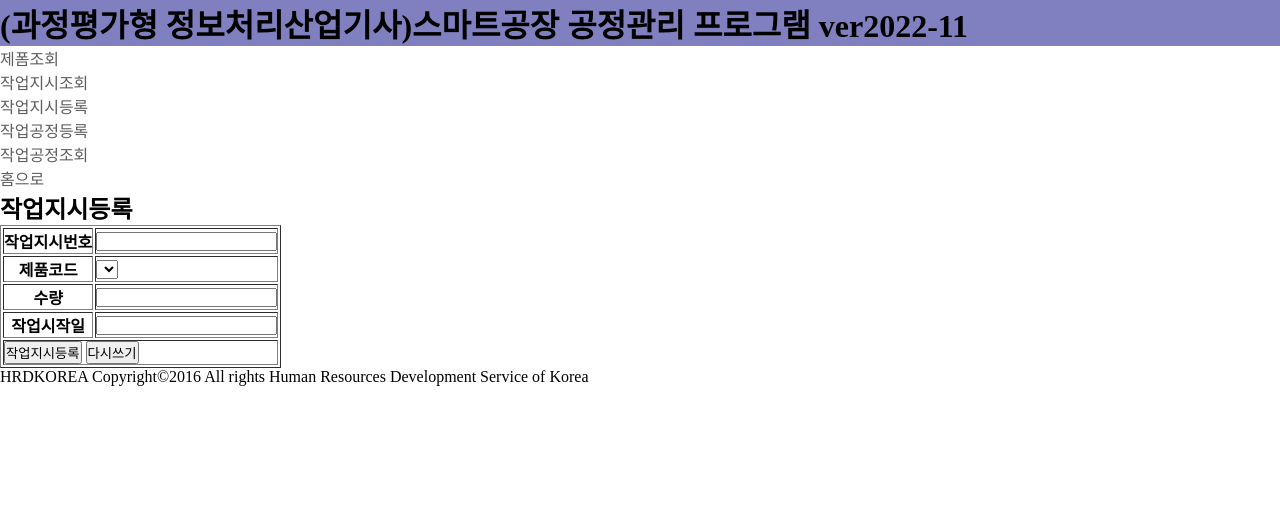
Repository: anakyn01/exam
Page: http://localhost/smart_5/sub2_1.jsp
These files come from the project's save history. The page is drawn as it stood at one moment and after the next save; the edit follows.
The browser window is 1280 px wide. The pictures show the whole page.
The page is served by Tomcat 9.

Above is the page before, as saved 2025-01-06 07:26:21.

After the next save:
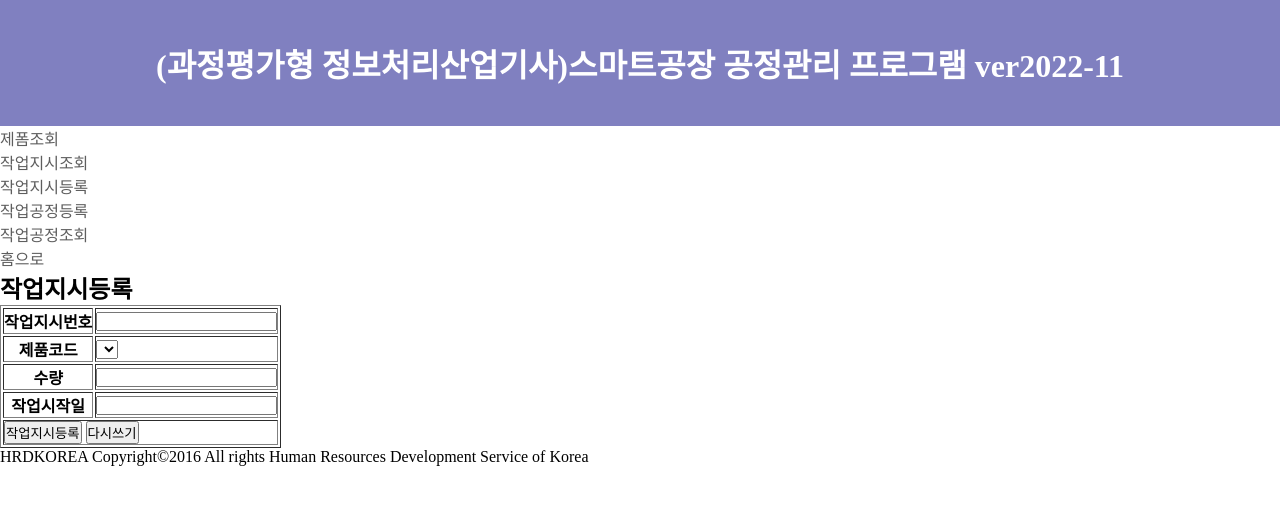
Saved 41 s later.
--- a/smart_5/src/main/webapp/css/style.css
+++ b/smart_5/src/main/webapp/css/style.css
@@ -2,3 +2,4 @@
 *{margin:0; padding:0; box-sizing:border-box;}
 a{text-decoration:none; color:#5e5e5e;}
 header{background-color:#8080c0;}
+header h1{padding:40px 0; text-align:center; color:white;}
